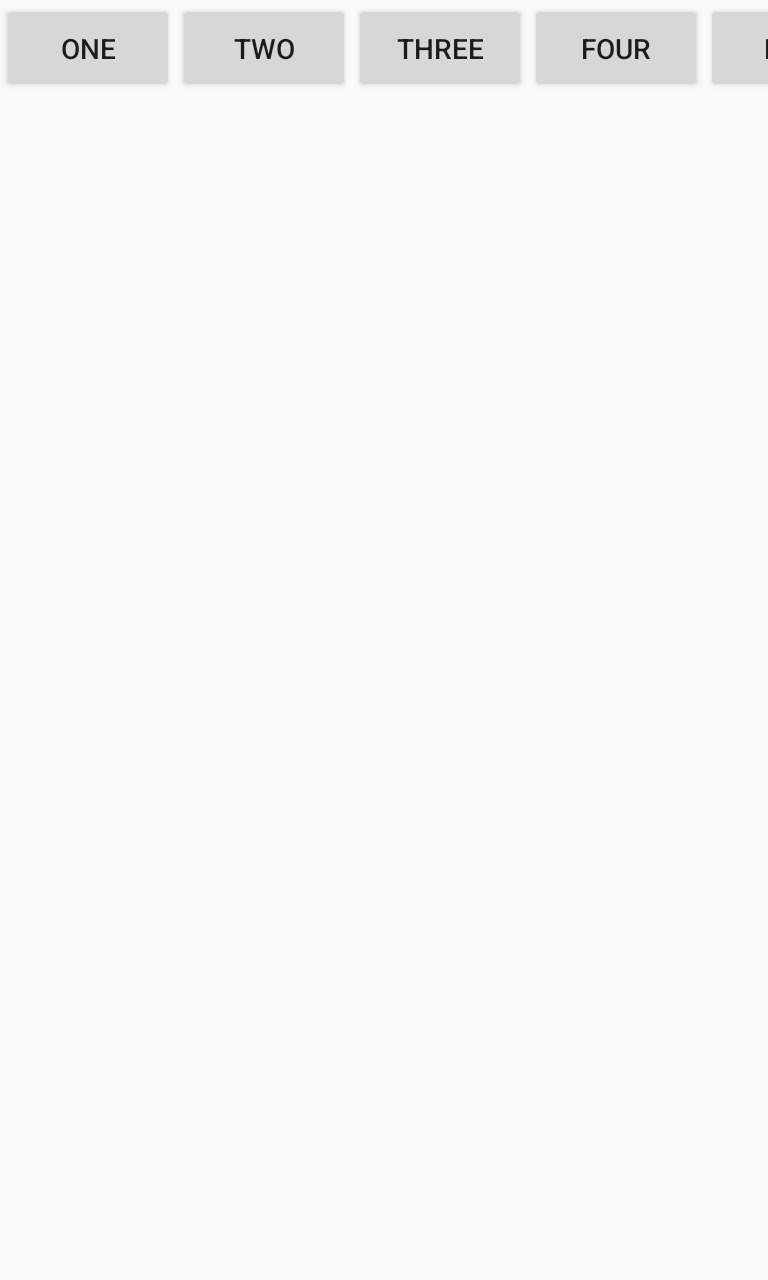
Repository: bingb89/Garbage
Layout: xml/table/res/layout/activity_main.xml
An editor plug-in stored every save of this project. The layout is shown before and after the next save, followed by the edit.
It is drawn on a 768 x 1280 px phone screen (xhdpi) without system bars, with theme AppTheme; the app's code is not run.

Above is the layout before, as saved 2015-12-25 01:53:59.

After the next save:
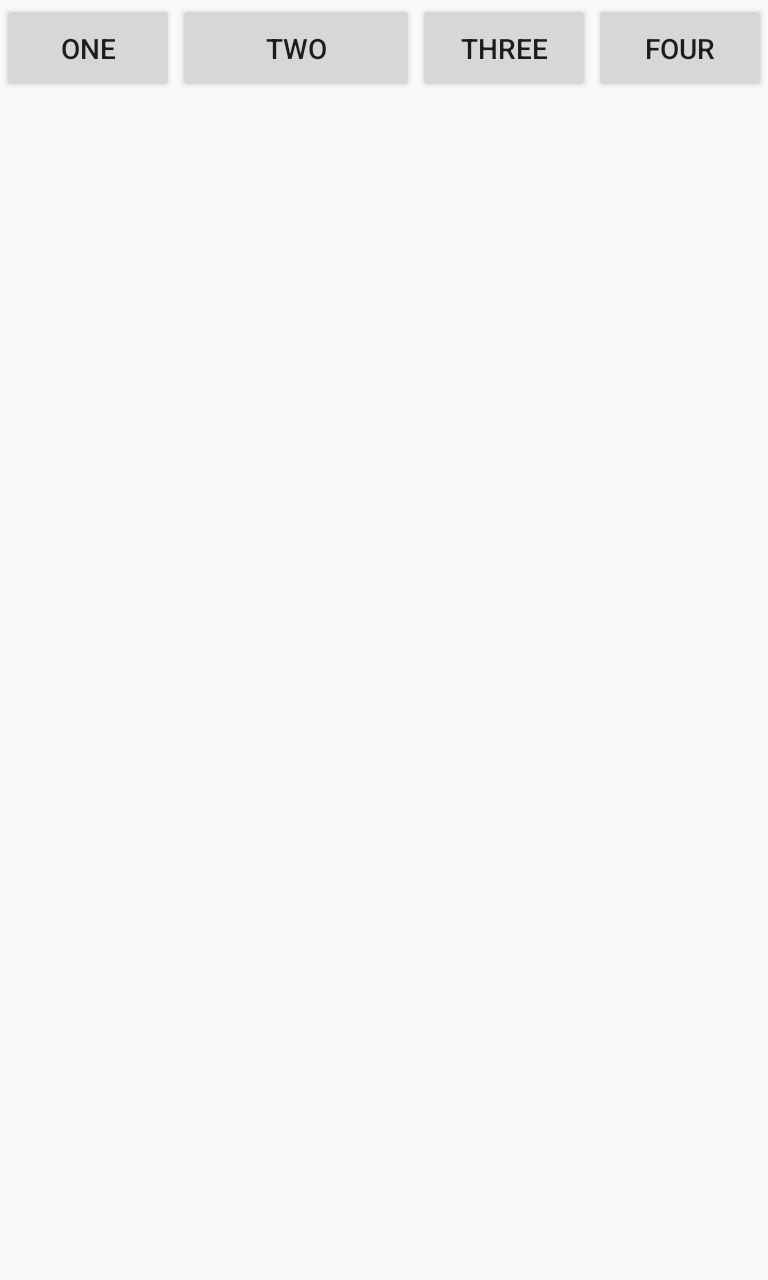
Saved 35 s later.
--- a/xml/table/res/layout/activity_main.xml
+++ b/xml/table/res/layout/activity_main.xml
@@ -31,11 +31,7 @@
             android:layout_height="wrap_content"
             android:text="@string/bt4" />
 
-        <Button
-            android:id="@+id/bt5"
-            android:layout_width="wrap_content"
-            android:layout_height="wrap_content"
-            android:text="@string/bt5" />
+
     </TableRow>
 
 </TableLayout>

After the save that followed:
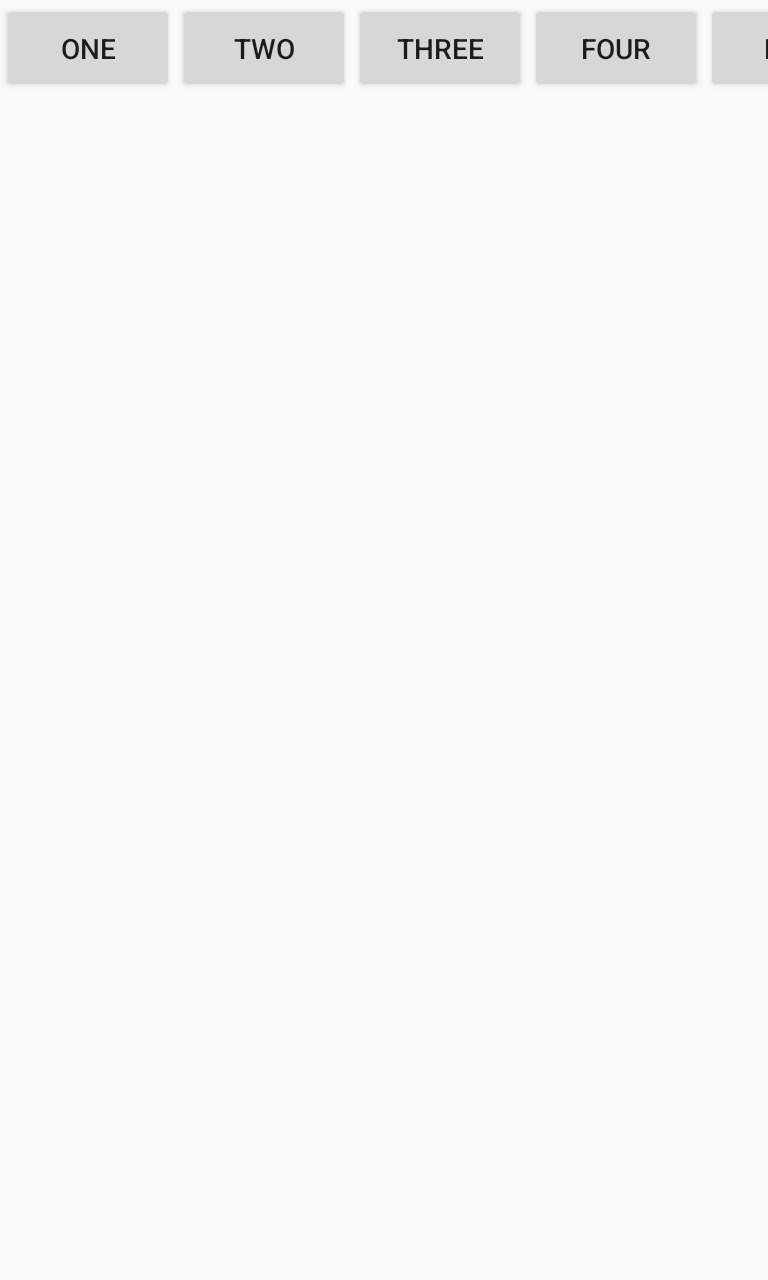
Saved 3 min 32 s later.
--- a/xml/table/res/layout/activity_main.xml
+++ b/xml/table/res/layout/activity_main.xml
@@ -31,7 +31,11 @@
             android:layout_height="wrap_content"
             android:text="@string/bt4" />
 
-
+        <Button
+            android:id="@+id/bt5"
+            android:layout_width="wrap_content"
+            android:layout_height="wrap_content"
+            android:text="@string/bt5" />
     </TableRow>
 
 </TableLayout>
